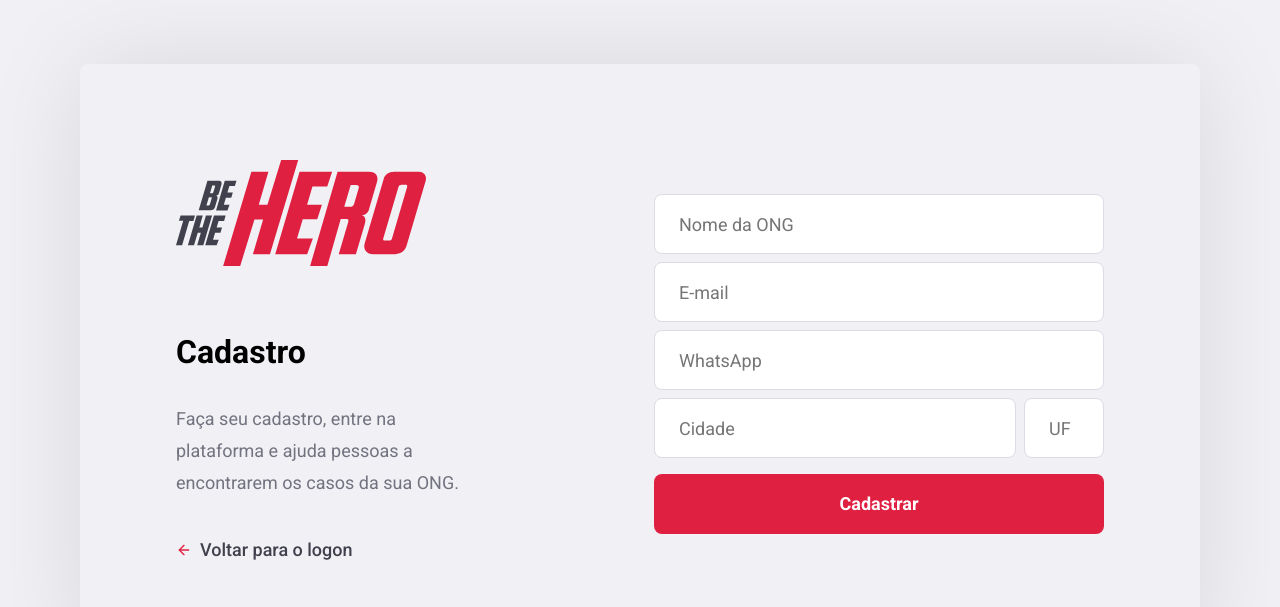
Repository: pedroevangelista/be-the-hero
Page: /incidents/new (app in frontend/)
An editor plug-in stored every save of this project. The page is shown before and after the next save, followed by the edit.
The browser window is 1280 px wide. The pictures show the whole page.
The project was rebuilt for these pictures with package versions that can differ from the ones it lists, and the page was loaded fresh each time. Also part of the build but not shown: frontend/src/pages/Logon/styles.css, frontend/src/pages/Logon/index.js, frontend/src/pages/Register/styles.css, frontend/src/pages/Register/index.js, frontend/src/pages/Profile/styles.css, frontend/src/pages/Profile/index.js.

Above is the page before, as saved 2020-03-25 19:22:15.

### frontend/src/App.js
import React from 'react';
import './global.css'
import Routes from './routes';

function App() {

  return (
    <Routes />
  );
}

export default App;

### frontend/src/global.css
@import url('https://fonts.googleapis.com/css?family=Roboto:400,500,700&display=swap');

* {
    margin: 0;
    padding: 0;
    outline: 0;
    box-sizing: border-box;
}

body {
    font: 400 14px Roboto, sans-serif;
    background: #f0f0f5;
    -webkit-font-smoothing: antialiased;
}

input, button, textarea {
    font: 400 18px Roboto, sans-serif;
}

button {
    cursor: pointer
}

form input {
    width: 100%;
    height: 60px;
    color: #333;
    border: 1px solid #dcdce6;
    border-radius: 8px;
    padding: 0 24px;
}

.button {
    width: 100%;
    height: 60px;
    background: #e02041;
    border: 0;
    border-radius: 8px;
    color: #FFF;
    font-weight: 700;
    margin-top: 16px;
    display: inline-block;
    text-align: center;
    text-decoration: none;
    font-size: 18px;
    line-height: 60px;
    transition: filter 0.2s;
}

.button:hover {
    filter: brightness(90%);
}

.back-link {
    display: flex;
    align-items: center;
    margin-top: 40px;
    color: #41414d;
    font-size: 18px;
    text-decoration: none;
    font-weight: 500;
    transition: opacity 0.2s;
}

.back-link svg {
    margin-right: 8px;
}

.back-link:hover {
    opacity: 0.8;
}

### frontend/src/routes.js
import React from 'react';
import { BrowserRouter, Route, Switch } from 'react-router-dom';

import Logon from './pages/Logon';
import Register from './pages/Register';
import Profile from './pages/Profile';
import NewIncident from './pages/NewIncident';

export default function Routes() {
    return (
        <BrowserRouter>
            <Switch>
                <Route path="/" exact component={Logon}></Route>
                <Route path="/register" component={Register}></Route>
                <Route path="/profile" component={Profile}></Route>
                <Route path="/incidents/new" component={NewIncident}></Route>
            </Switch>
        </BrowserRouter>
    );
}

### frontend/src/pages/NewIncident/index.js
import React from 'react';
import { Link } from 'react-router-dom';
import { FiArrowLeft } from 'react-icons/fi';
import './styles.css';

import logoImg from '../../assets/logo.svg';

export default function NewIncident() {
    return (
        <div className="new-incident-container">
            <div className="content">
                <section>
                    <img src={logoImg} alt="Be The Hero" />

                    <h1>Cadastro</h1>
                    <p>Faça seu cadastro, entre na plataforma e ajuda pessoas a encontrarem os casos da sua ONG.</p>

                    <Link className="back-link" to="/">
                        <FiArrowLeft size="16" color="#e02041" />
                        Voltar para o logon
                    </Link>
                </section>

                <form action="">
                    <input placeholder="Nome da ONG" />
                    <input type="email" placeholder="E-mail" />
                    <input placeholder="WhatsApp" />

                    <div className="input-group">
                        <input placeholder="Cidade" />
                        <input placeholder="UF" style={ { width: 80 } } />
                    </div>

                    <button className="button" type="submit">Cadastrar</button>
                </form>
            </div>
        </div>
    );
}

### frontend/src/pages/NewIncident/styles.css
.new-incident-container {
    width: 100%;
    max-width: 1120px;
    height: 100vh;
    margin: 0 auto;
    display: flex;
    align-items: center;
    justify-content: center;
}

.new-incident-container .content {
    width: 100%;
    padding: 96px;
    background: #f0f0f5;
    box-shadow: 0 0 100px rgba(0, 0, 0, 0.1);
    border-radius: 8px;
    display: flex;
    justify-content: space-between;
    align-items: center;
}

.new-incident-container .content section {
    width: 100%;
    max-width: 300px;
}

.new-incident-container .content section h1 {
    margin: 64px 0 32px;
    font-size: 32px;
}

.new-incident-container .content section p {
    font-size: 18px;
    color: #737380;
    line-height: 32px;
}

.new-incident-container .content form {
    width: 100%;
    max-width: 450px;
}

.new-incident-container .content form input {
    margin-top: 8px;
}

.new-incident-container .content form .input-group {
    display: flex;
}

.new-incident-container .content form .input-group input + input {
    margin-left: 8px;
}

Loaded but not shown: frontend/public/index.html (common file); frontend/src/index.js (common file)

After the next save:
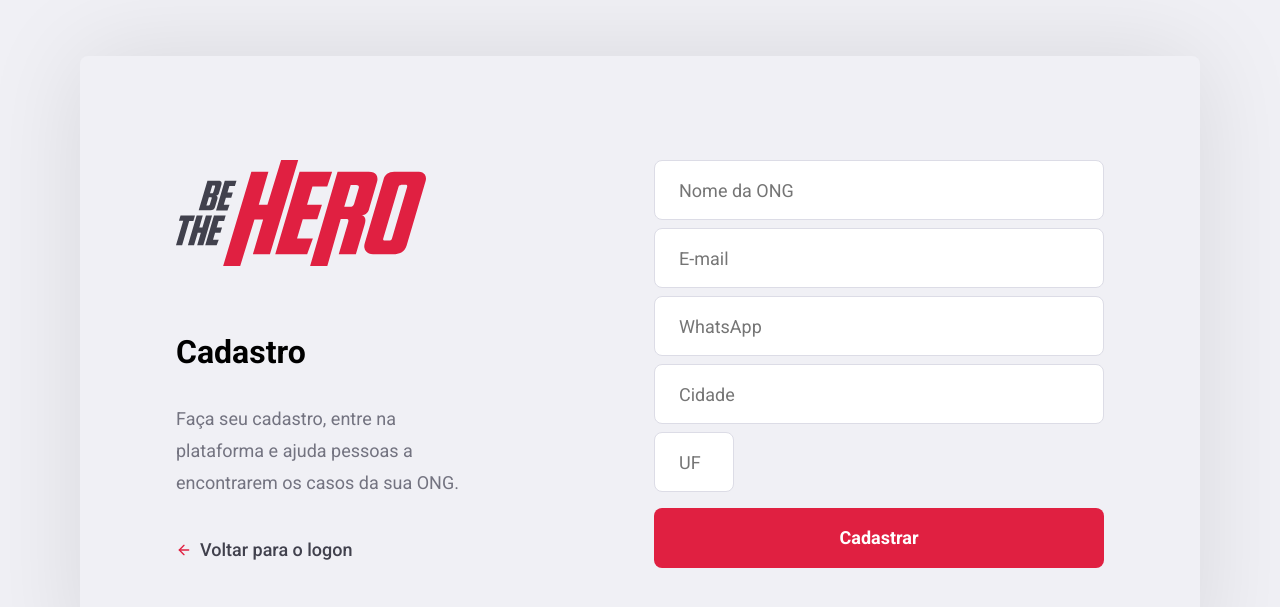
Saved 17 s later.
--- a/frontend/src/pages/NewIncident/styles.css
+++ b/frontend/src/pages/NewIncident/styles.css
@@ -43,11 +43,3 @@
 .new-incident-container .content form input {
     margin-top: 8px;
 }
-
-.new-incident-container .content form .input-group {
-    display: flex;
-}
-
-.new-incident-container .content form .input-group input + input {
-    margin-left: 8px;
-}
